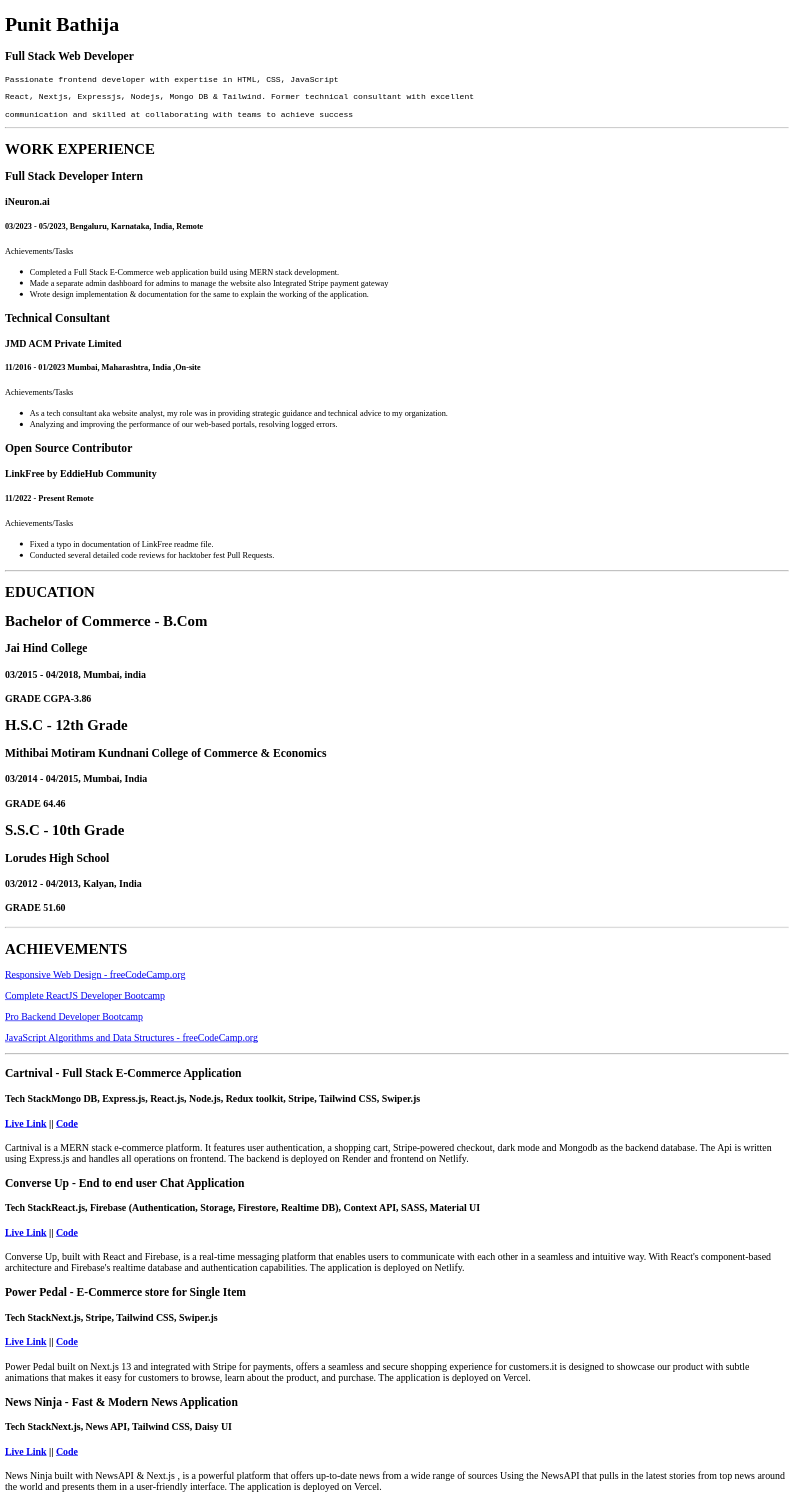
Repository: punitbathija/Placement-Assitance-iNeuron
Page: index.html
The author's editor kept a copy of each file at every save. The page is drawn from the files as they stood at one save, then again after the next save.
The browser window is 1280 px wide. The pictures show the whole page, at 62% of full size.

Above is the page before, as saved 2023-05-18 12:56:58.

After the next save:
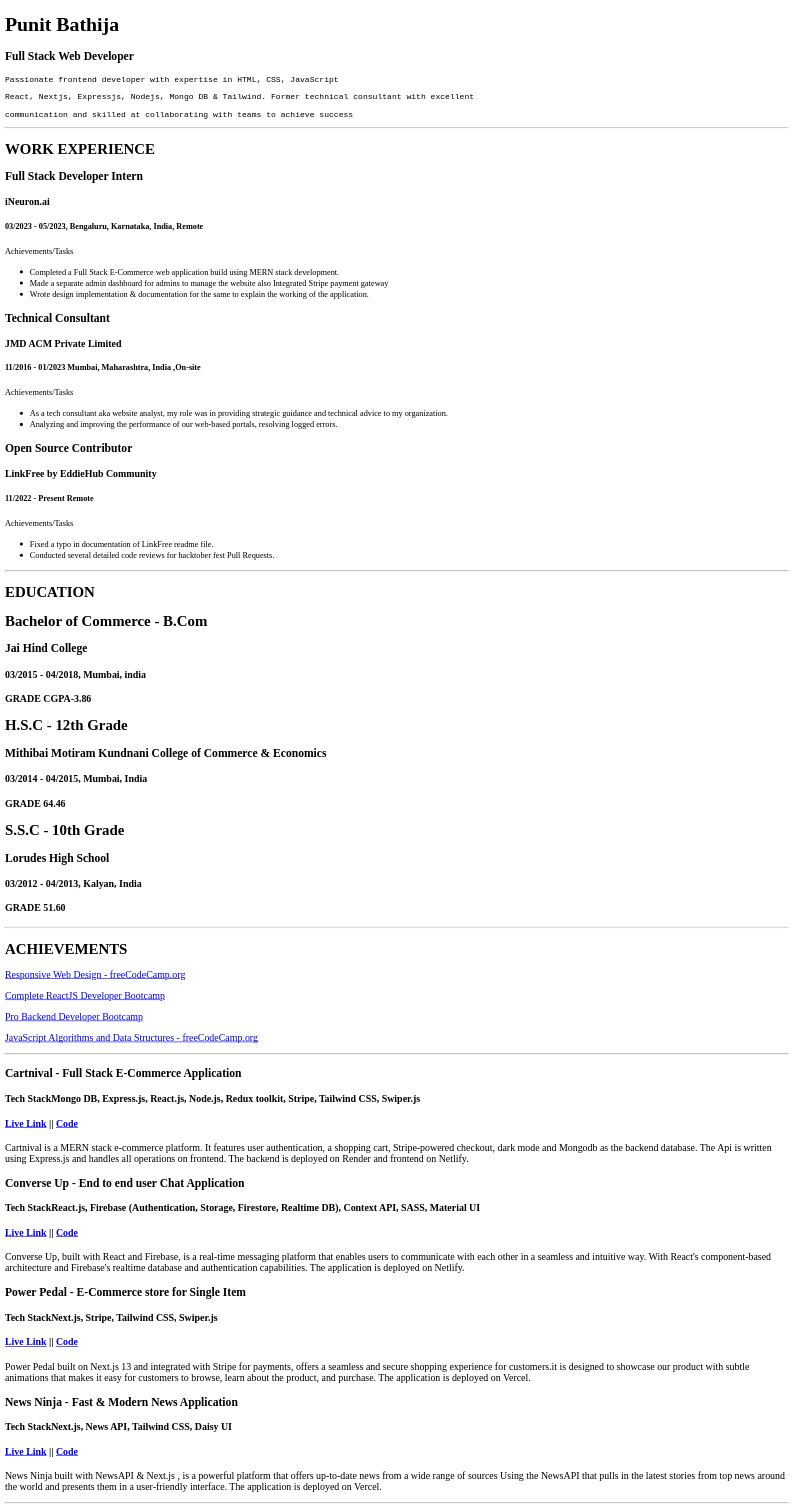
Saved 40 s later.
--- a/index.html
+++ b/index.html
@@ -223,5 +223,6 @@ communication and skilled at collaborating with teams to achieve success</pre
         </p>
       </div>
     </section>
+    <hr />
   </body>
 </html>
